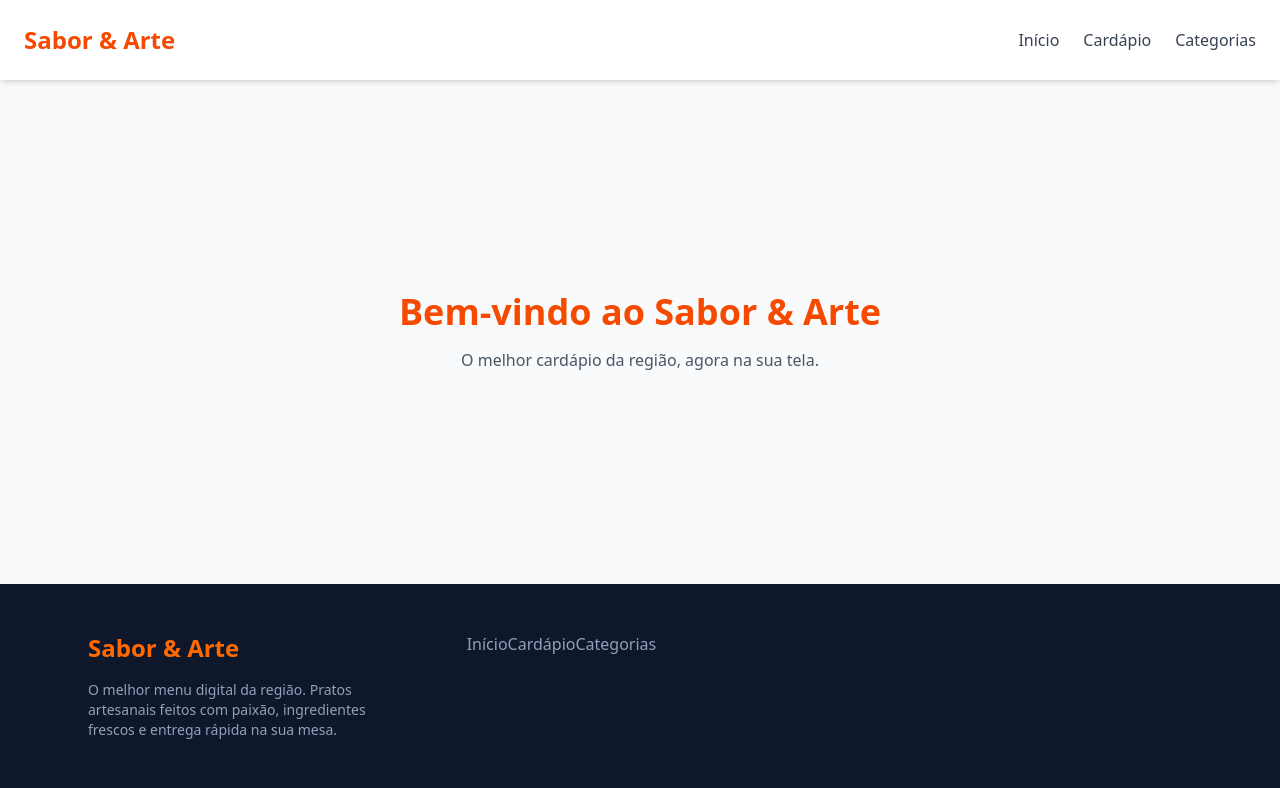
Repository: LuigiBLombardo/Next---Atividade
Page: / (app in sistema-cardapio/)
An editor plug-in stored every save of this project. The page is shown before and after a run of saves, followed by the edit.
The browser window is 1280 px wide. The pictures show the whole page.
The project was rebuilt for these pictures with package versions that can differ from the ones it lists, and the page was loaded fresh each time. The framework's server and built-in components were replaced by stand-ins that run in the browser. Also part of the build but not shown: sistema-cardapio/next.config.mjs.

Above is the page before, as saved 2026-09-04 19:27:27.

After the next 2 saves:
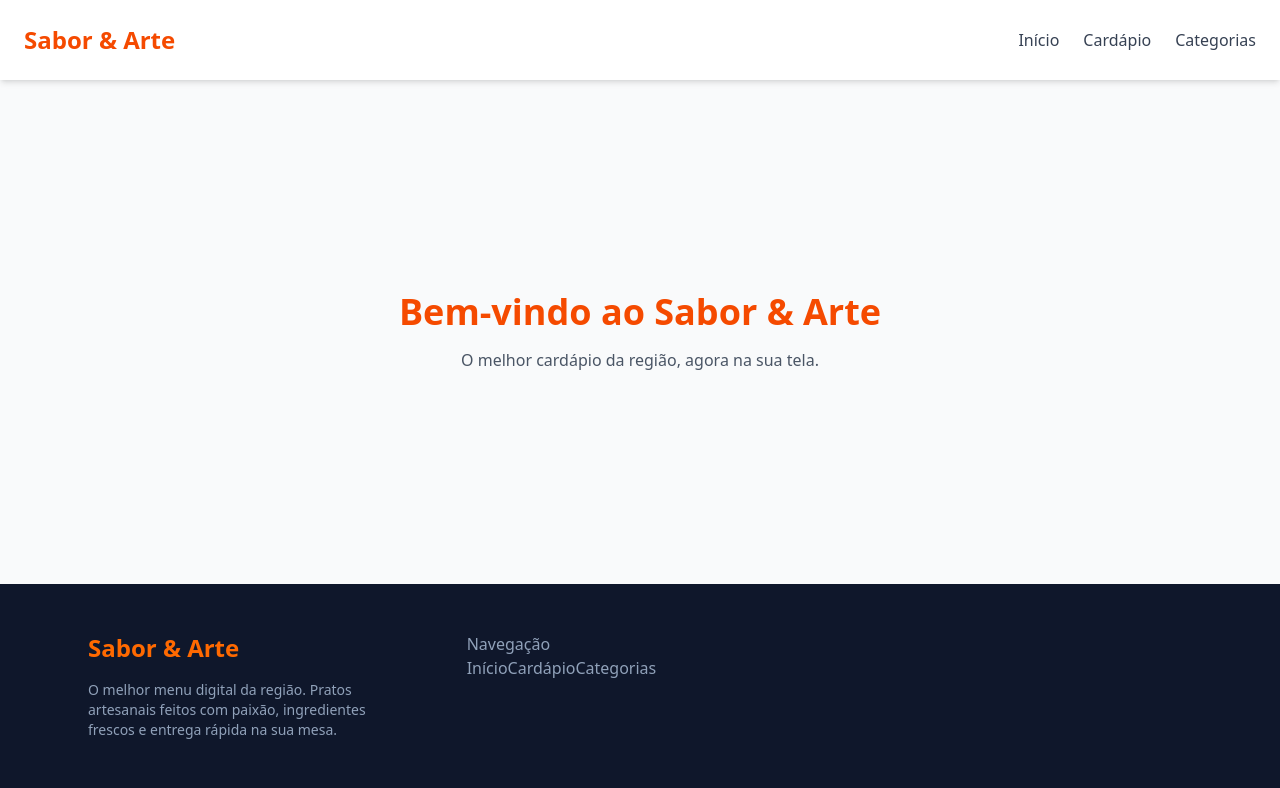
The 2 saves are shown as one change because they came seconds apart.
The last was saved 8 s later.
--- a/sistema-cardapio/src/components/Footer.js
+++ b/sistema-cardapio/src/components/Footer.js
@@ -18,8 +18,8 @@ export default function Footer(){
 
                 <div>
 
-                    <h3>
-
+                    <h3 className="">
+                        Navegação
                     </h3>
                     <div>
                         <Link href="/" className="">Início</Link>
